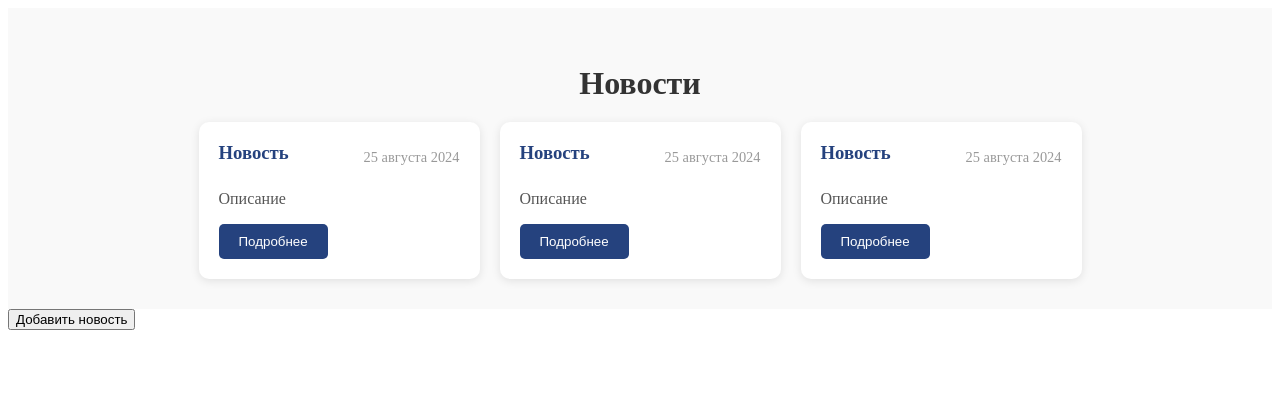
Repository: MaratLK/PLKFrontend
Page: Templates/NewsForIndex.html
The author's editor kept a copy of each file at every save. The page is drawn from the files as they stood at one save, then again after the next save.
The browser window is 1280 px wide. The pictures show the whole page.

Above is the page before, as saved 2024-08-25 07:21:38.
Not found: Templates/script.js

After the next save:
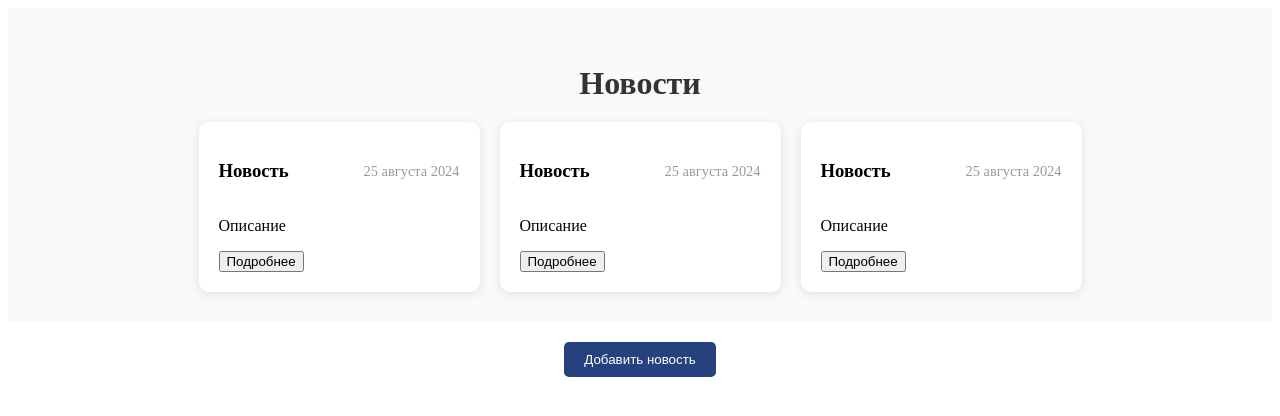
Saved 63 s later.
--- a/Templates/NewsForIndex.html
+++ b/Templates/NewsForIndex.html
@@ -6,70 +6,41 @@
     <title>Document</title>
     <style>
       .news {
-        padding: 30px;
-        background-color: #f9f9f9;
-        text-align: center;
-      }
+  padding: 30px;
+  background-color: #f9f9f9;
+  text-align: center;
+}
 
-      .news h2 {
-        font-size: 2em;
-        color: #333;
-        margin-bottom: 20px;
-      }
+.news h2 {
+  font-size: 2em;
+  color: #333;
+  margin-bottom: 20px;
+}
 
-      .news-container {
-        display: flex;
-        justify-content: center;
-        flex-wrap: wrap;
-        gap: 20px;
-      }
+.news-container {
+  display: flex;
+  justify-content: center;
+  flex-wrap: wrap;
+  gap: 20px;
+}
 
-      .news-card {
-        background-color: #ffffff;
-        border-radius: 10px;
-        box-shadow: 0 2px 10px rgba(0, 0, 0, 0.1);
-        padding: 20px;
-        width: calc(25% - 20px);
-        box-sizing: border-box;
-        text-align: left;
-      }
+.news-card {
+  background-color: #ffffff;
+  border-radius: 10px;
+  box-shadow: 0 2px 10px rgba(0, 0, 0, 0.1);
+  padding: 20px;
+  width: calc(25% - 20px);
+  box-sizing: border-box;
+  text-align: left;
+  transition: transform 0.3s ease, box-shadow 0.3s ease;
+}
 
-      .news-card h3 {
-        margin: 0 0 10px;
-        color: #25427e;
-      }
+.news-card:hover {
+  transform: translateY(10px) scale(1.05);
+  box-shadow: 0 4px 20px rgba(0, 0, 0, 0.2);
+}
 
-      .news-card p {
-        color: #555;
-      }
-
-      .news-card button {
-        background-color: #25427e;
-        color: white;
-        padding: 10px 20px;
-        border: none;
-        border-radius: 5px;
-        cursor: pointer;
-        transition: background-color 0.3s;
-      }
-
-      .news-card {
-        background-color: #ffffff;
-        border-radius: 10px;
-        box-shadow: 0 2px 10px rgba(0, 0, 0, 0.1);
-        padding: 20px;
-        width: calc(25% - 20px);
-        box-sizing: border-box;
-        text-align: left;
-        transition: transform 0.3s ease, box-shadow 0.3s ease;
-      }
-
-      .news-card:hover {
-        transform: translateY(10px) scale(1.05);
-        box-shadow: 0 4px 20px rgba(0, 0, 0, 0.2);
-      }
-
-      .news-header {
+.news-header {
   display: flex;
   justify-content: space-between;
   align-items: center;
@@ -94,13 +65,14 @@
 }
 
 .modal-content {
-  background-color: #fefefe;
-  margin: 15% auto;
+  background-color: #ffffff;
+  margin: 10% auto;
   padding: 20px;
   border: 1px solid #888;
   width: 80%;
   max-width: 500px;
   border-radius: 10px;
+  box-shadow: 0 2px 10px rgba(0, 0, 0, 0.1);
 }
 
 .close-btn {
@@ -116,6 +88,24 @@
   text-decoration: none;
   cursor: pointer;
 }
+
+/* Кнопка для открытия модального окна */
+#add-news-btn {
+  background-color: #25427e;
+  color: white;
+  padding: 10px 20px;
+  border: none;
+  border-radius: 5px;
+  cursor: pointer;
+  transition: background-color 0.3s;
+  margin: 20px auto;
+  display: block;
+}
+
+#add-news-btn:hover {
+  background-color: #1a3362;
+}
+
     </style>
   </head>
   <body>
